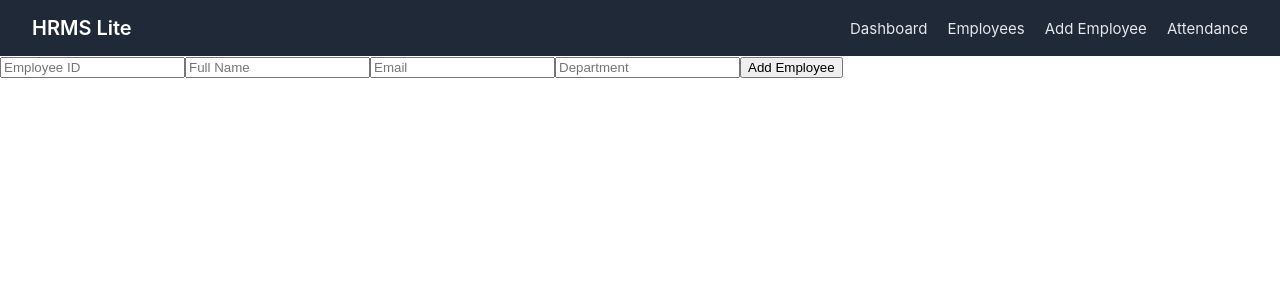
Repository: gautamsonam011/hrmsfrontend
Page: /employees/add
An editor plug-in stored every save of this project. The page is shown before and after the next save, followed by the edit.
The browser window is 1280 px wide. The pictures show the whole page.
The project was rebuilt for these pictures with package versions that can differ from the ones it lists, and the page was loaded fresh each time. Also part of the build but not shown: src/components/Loader.jsx, src/components/EmptyState.jsx, src/pages/Employees.jsx, src/components/ErrorState.jsx, src/pages/Attendance.jsx, src/api/attendanceApi.js, src/pages/AddAttendance.jsx.

Above is the page before, as saved 2026-01-31 18:19:52.

### public/index.html
<!DOCTYPE html>
<html lang="en">
  <head>
    <meta charset="utf-8" />
    <link rel="icon" href="%PUBLIC_URL%/favicon.ico" />
    <meta name="viewport" content="width=device-width, initial-scale=1" />
    <meta name="theme-color" content="#000000" />
    <meta
      name="description"
      content="Web site created using create-react-app"
    />
    <link rel="apple-touch-icon" href="%PUBLIC_URL%/logo192.png" />
    <!--
      manifest.json provides metadata used when your web app is installed on a
      user's mobile device or desktop. See https://developers.google.com/web/fundamentals/web-app-manifest/
    -->
    <link rel="manifest" href="%PUBLIC_URL%/manifest.json" />
    <!--
      Notice the use of %PUBLIC_URL% in the tags above.
      It will be replaced with the URL of the `public` folder during the build.
      Only files inside the `public` folder can be referenced from the HTML.

      Unlike "/favicon.ico" or "favicon.ico", "%PUBLIC_URL%/favicon.ico" will
      work correctly both with client-side routing and a non-root public URL.
      Learn how to configure a non-root public URL by running `npm run build`.
    -->
    <title>HRMS</title>
  </head>
  <body>
    <noscript>You need to enable JavaScript to run this app.</noscript>
    <div id="root"></div>
    <!--
      This HTML file is a template.
      If you open it directly in the browser, you will see an empty page.

      You can add webfonts, meta tags, or analytics to this file.
      The build step will place the bundled scripts into the <body> tag.

      To begin the development, run `npm start` or `yarn start`.
      To create a production bundle, use `npm run build` or `yarn build`.
    -->
  </body>
</html>

### src/App.js
import { BrowserRouter, Routes, Route } from "react-router-dom";
import Navbar from "./components/Navbar";
import Employees from "./pages/Employees";
import AddEmployee from "./pages/AddEmployee";
import Attendance from "./pages/Attendance";
import AddAttendance from "./pages/AddAttendance";

function App() {
  return (
    <BrowserRouter>
      <Navbar />
      <Routes>
        <Route path="/" element={<Employees />} />
        <Route path="/employees/add" element={<AddEmployee />} />
        <Route path="/attendance" element={<AddAttendance />} />
        <Route path="/attendance/:id" element={<Attendance />} />
      </Routes>
    </BrowserRouter>
  );
}

export default App;

### src/components/Navbar.jsx
import { NavLink } from "react-router-dom";

export default function Navbar() {
  return (
    <nav style={styles.nav}>
      <h2 style={styles.logo}>HRMS Lite</h2>

      <div style={styles.links}>
        <NavLink to="/" style={styles.link}>
          Dashboard
        </NavLink>
        <NavLink to="/employees" style={styles.link}>
          Employees
        </NavLink>
        <NavLink to="/employees/add" style={styles.link}>
          Add Employee
        </NavLink>
        <NavLink to="/attendance" style={styles.link}>
          Attendance
        </NavLink>
      </div>
    </nav>
  );
}

const styles = {
  nav: {
    display: "flex",
    justifyContent: "space-between",
    alignItems: "center",
    padding: "16px 32px",
    backgroundColor: "#1f2937",
    color: "#fff",
  },
  logo: {
    margin: 0,
    fontSize: "20px",
    fontWeight: "600",
  },
  links: {
    display: "flex",
    gap: "20px",
  },
  link: {
    color: "#e5e7eb",
    textDecoration: "none",
    fontSize: "15px",
  },
};

### src/pages/AddEmployee.jsx
import { useState } from "react";
import { addEmployee } from "../api/employeeApi";
import { Navigate } from "react-router-dom";

export default function AddEmployee() {
  const [form, setForm] = useState({
    employee_id: "",
    full_name: "",
    email: "",
    department: "",
  });

  const handleSubmit = async (e) => {
    e.preventDefault();
    try {
      await addEmployee(form);
      alert("Employee added");
    } catch (err) {
      alert(err.response?.data?.message || "Error");
    }
  };

  return (
    <form onSubmit={handleSubmit}>
      <input placeholder="Employee ID" onChange={(e) => setForm({...form, employee_id: e.target.value})} />
      <input placeholder="Full Name" onChange={(e) => setForm({...form, full_name: e.target.value})} />
      <input placeholder="Email" onChange={(e) => setForm({...form, email: e.target.value})} />
      <input placeholder="Department" onChange={(e) => setForm({...form, department: e.target.value})} />
      <button type="submit">Add Employee</button>
    </form>
  );
}

### src/api/employeeApi.js
import api from "./axios";

export const getEmployees = () => api.get("/employees/");
export const addEmployee = (data) => api.post("/employees/", data);
export const deleteEmployee = (id) => api.delete(`/employees/${id}/`);

### src/api/axios.js
import axios from "axios";

const api = axios.create({
  baseURL: "https://YOUR-BACKEND-URL/api",
  headers: {
    "Content-Type": "application/json",
  },
});

export default api;

Loaded but not shown: src/index.js (common file); src/index.css (common file); src/reportWebVitals.js (common file)

After the next save:
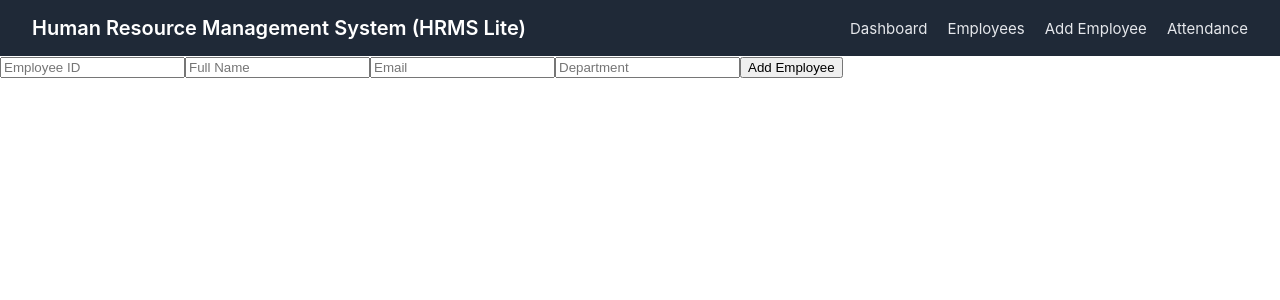
Saved 72 s later.
--- a/src/components/Navbar.jsx
+++ b/src/components/Navbar.jsx
@@ -3,7 +3,7 @@ import { NavLink } from "react-router-dom";
 export default function Navbar() {
   return (
     <nav style={styles.nav}>
-      <h2 style={styles.logo}>HRMS Lite</h2>
+      <h2 style={styles.logo}>Human Resource Management System (HRMS Lite)</h2>
 
       <div style={styles.links}>
         <NavLink to="/" style={styles.link}>
